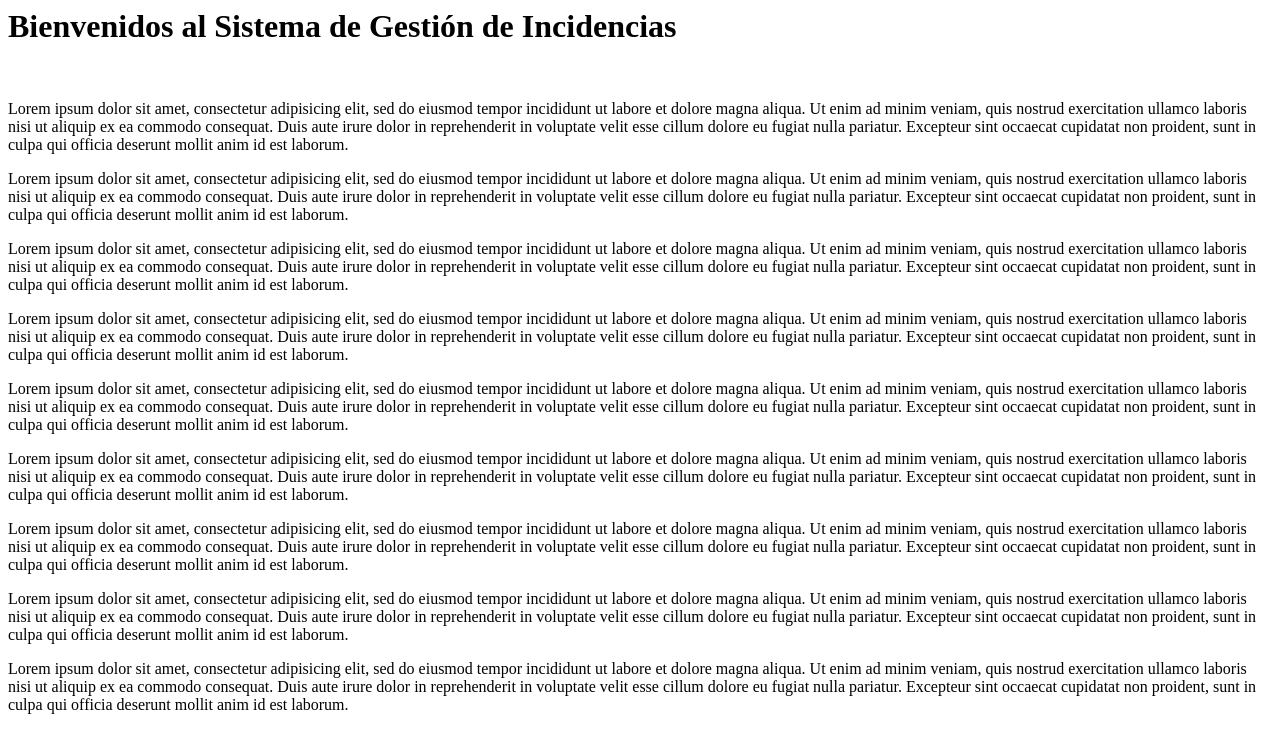
Repository: androla10/ProyectoCibert5to
Page: http://localhost/GDI/Incidencia/RegistrarIncidencia.jsp
The author's editor kept a copy of each file at every save. The page is drawn from the files as they stood at one save, then again after the next save.
The browser window is 1280 px wide. The pictures show the whole page.
The page is served by Tomcat 9. Nobody is signed in. The application's start-up code is not run.

Above is the page before, as saved 2016-05-09 23:46:56.

After the next save:
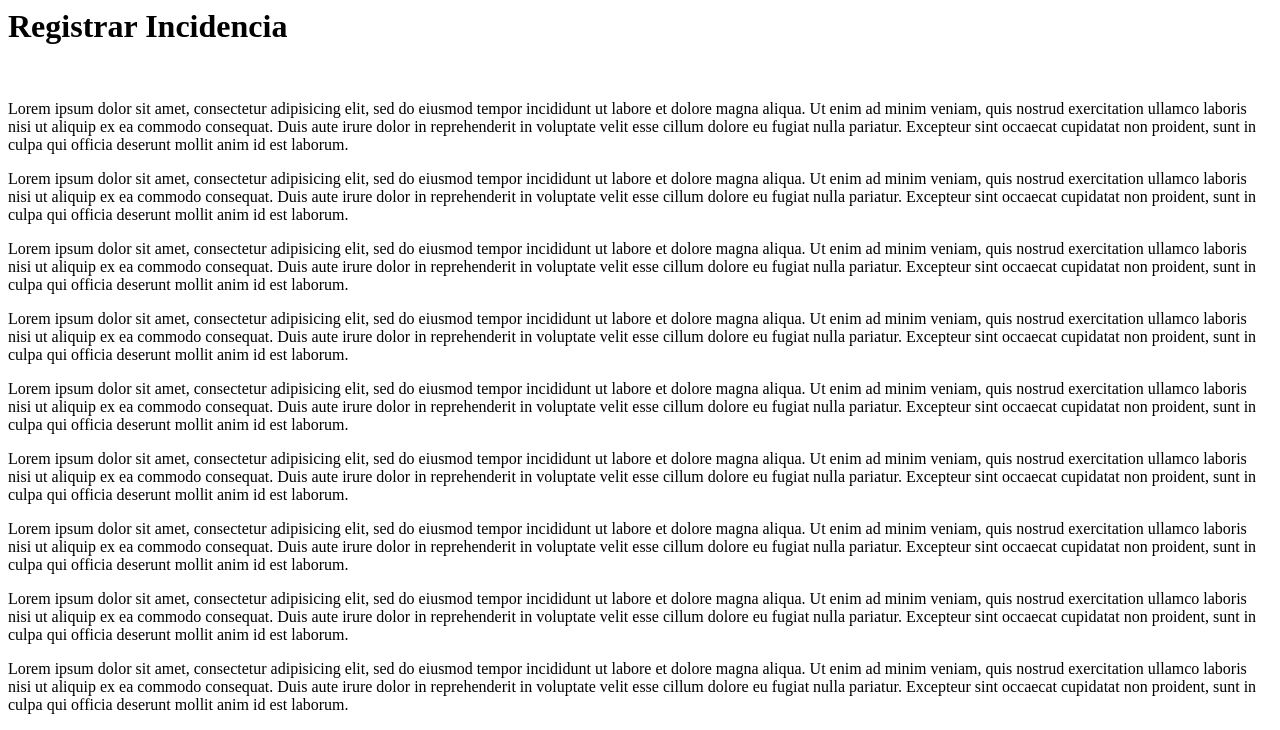
Saved 8 min 8 s later.
--- a/GDI/src/main/webapp/Incidencia/RegistrarIncidencia.jsp
+++ b/GDI/src/main/webapp/Incidencia/RegistrarIncidencia.jsp
@@ -1,5 +1,5 @@
 <div class="container-fluid">
-	<h1 class="text-center">Bienvenidos al Sistema de Gestión de Incidencias</h1>
+	<h1 class="text-center">Registrar Incidencia</h1>
 	<br>
 	<div class="row">
 		<div class="col-xs-12 col-sm-6 col-md-6 col-lg-3">
